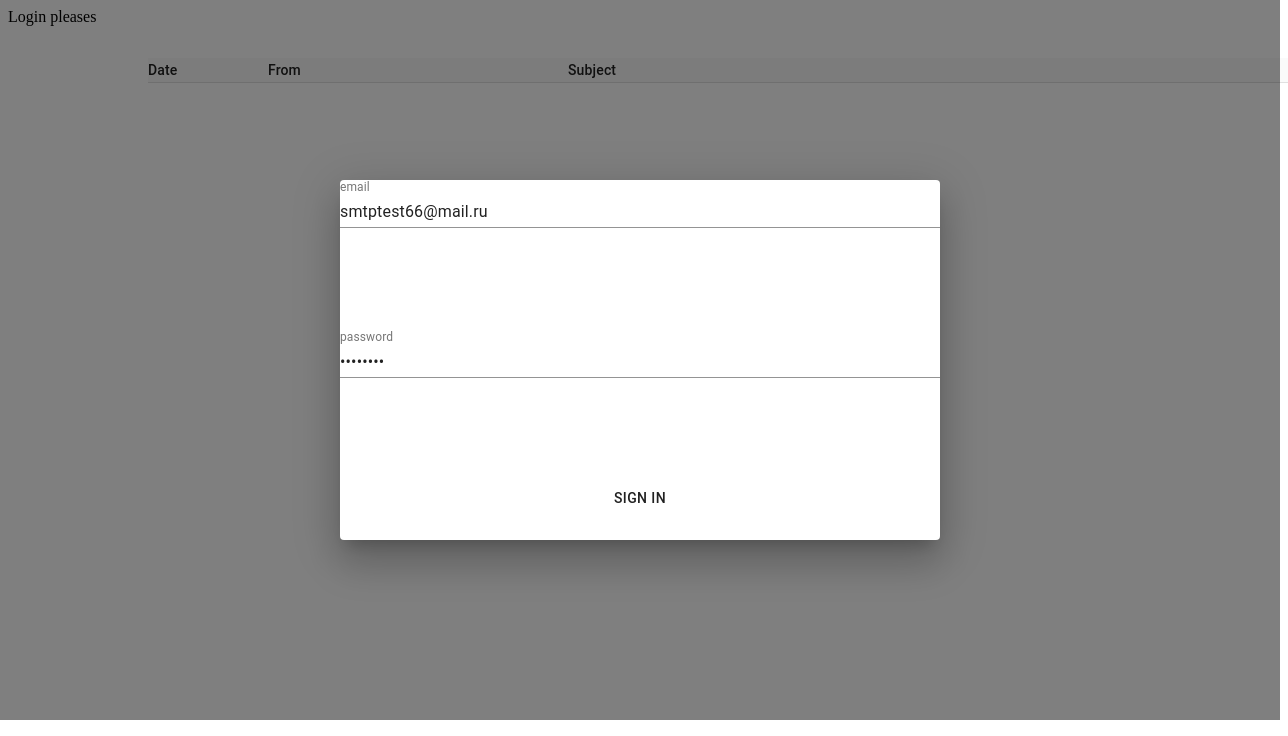
Repository: atakhanovrodion/mailclient
Page: / (app in client/)
The author's editor kept a copy of each file at every save. The page is drawn from the files as they stood at one save, then again after the next save.
The browser window is 1280 px wide. The page is 1288 px wide, so the pictures cover 1288 px, including what lies to the right of the window. The pictures show the whole page.
The project was rebuilt for these pictures with package versions that can differ from the ones it lists, and the page was loaded fresh each time. Also part of the build but not shown: client/webpack.config.js.

Above is the page before, as saved 2021-03-16 09:51:13.

After the next save:
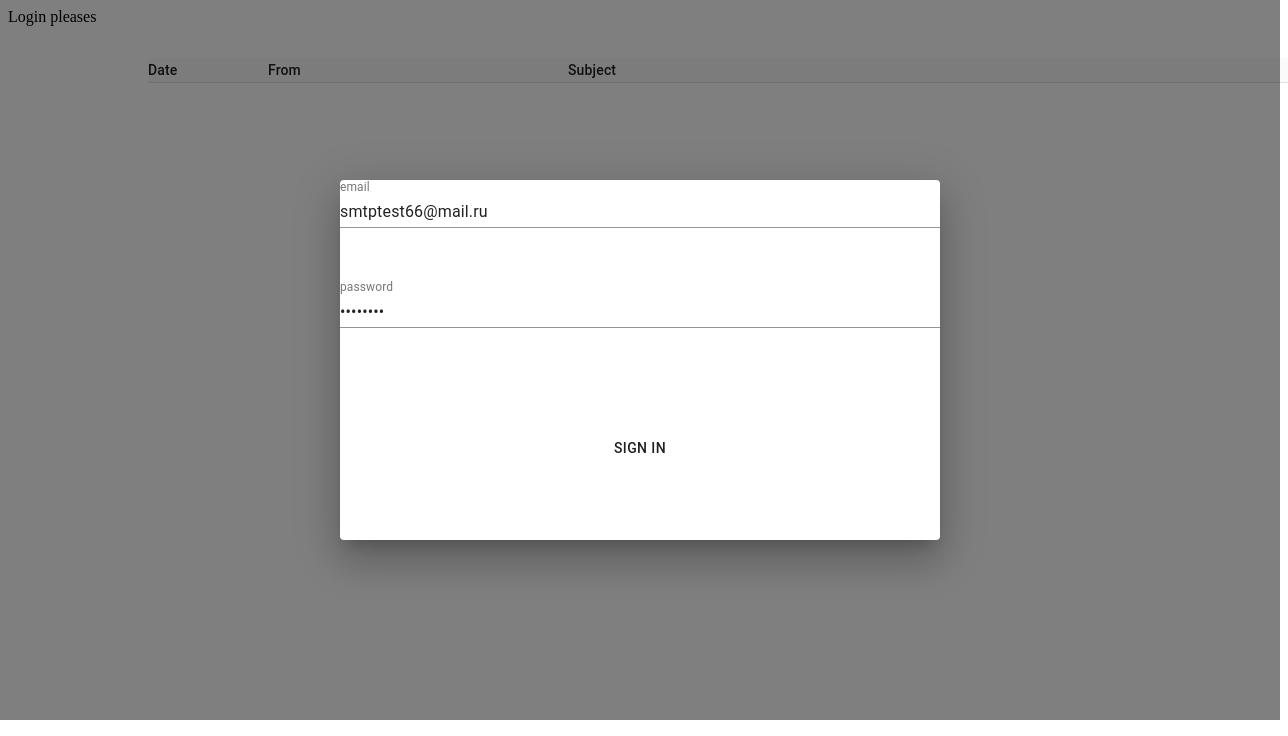
Saved 24 s later.
--- a/client/src/css/main.css
+++ b/client/src/css/main.css
@@ -17,5 +17,5 @@
 .loginForm {
   display: grid;
   grid-template-columns: 200px 1f;
-  grid-template-rows: 150px 150px 1fr;
+  grid-template-rows: 100px 150px 1fr;
 }
